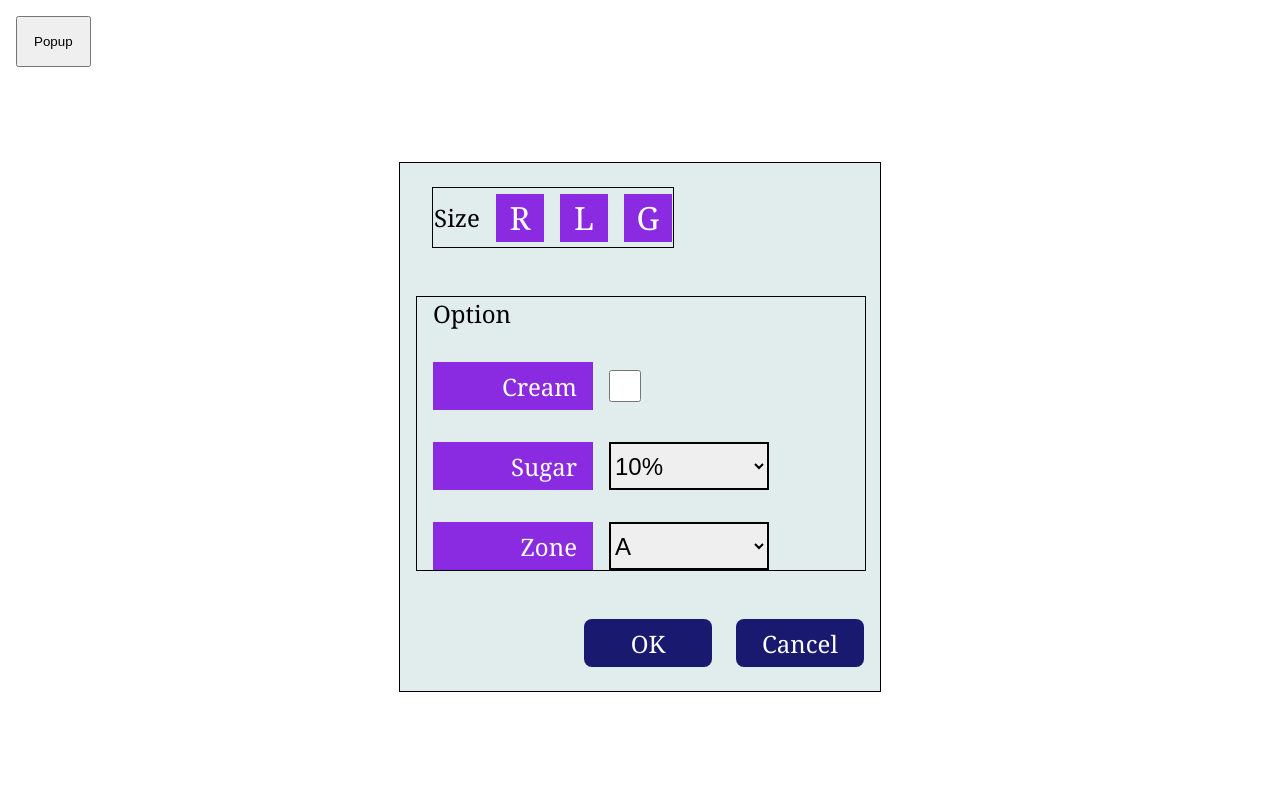
Repository: Dapravith/Midterm-SE-GIC-Cafe-Project-Group16
Page: src/main/resources/templates/PopupDrink.html
An editor plug-in stored every save of this project. The page is shown before and after the next save, followed by the edit.
The browser window is 1280 px wide. The pictures show the whole page.

Above is the page before, as saved 2023-05-12 14:46:46.

### src/main/resources/templates/PopupDrink.html
<!DOCTYPE html>
<html lang="en">
  <head>
    <meta charset="UTF-8" />
    <meta http-equiv="X-UA-Compatible" content="IE=edge" />
    <meta name="viewport" content="width=device-width, initial-scale=1.0" />
    <title>Popup Drink</title>
    <style>
      @import url("https://fonts.googleapis.com/css2?family=Rubik:wght@300&display=swap");
      * {
        margin: 0;
        padding: 0;
      }

      body {
        font-family: "Georgia", sans-serif;
      }

      button {
        padding: 1rem;
        margin: 1rem 0 0 1rem;
      }

      .main_wrapper {
        height: 100vh;
        display: flex;
        justify-content: center;
        align-items: center;
      }
      .main_wrapper .wrapper_box {
        width: 30rem;
        height: 33rem;
        border: 1px solid black;
        display: flex;
        justify-content: flex-start;
        flex-direction: column;
        background-color: rgb(225, 237, 237);
      }
      .main_wrapper .wrapper_box .size_box {
        width: 15rem;
        height: 8rem;
        margin-top: 1.5rem;
        display: flex;
        justify-content: center;
        align-items: center;
        gap: 1rem;
        border: 1px solid black;
        margin-left: 2rem;
      }
      .main_wrapper .wrapper_box .size_box .size_text {
        font-size: 1.5rem;
      }
      .main_wrapper .wrapper_box .size_box .box {
        width: 3rem;
        height: 3rem;
        background-color: blueviolet;
        display: flex;
        justify-content: center;
        align-items: center;
        font-size: 2rem;
        color: white;
      }
      .main_wrapper .wrapper_box .size_box .box:hover {
        background-color: orange;
      }
      .main_wrapper .wrapper_box .option_box {
        width: 28rem;
        font-size: 1.5rem;
        border: 1px solid black;
        margin-left: 1rem;
        margin-top: 3rem;
        display: flex;
        justify-content: center;
        flex-direction: column;
      }
      .main_wrapper .wrapper_box .option_box .option_text {
        font-size: 1.5rem;
        margin-left: 1rem;
      }
      .main_wrapper .wrapper_box .option_box .box_ {
        width: 10rem;
        height: 3rem;
        background-color: blueviolet;
        color: white;
        display: flex;
        justify-content: flex-end;
        align-items: center;
      }
      .main_wrapper .wrapper_box .option_box .box_ span {
        margin-right: 1rem;
      }
      .main_wrapper .wrapper_box .option_box .row1 {
        margin-left: 1rem;
        display: flex;
        gap: 1rem;
        margin-top: 2rem;
        align-items: center;
      }
      .main_wrapper .wrapper_box .option_box .row1 input {
        width: 2rem;
        height: 3rem;
        border: 2px solid black;
        display: flex;
        align-items: center;
      }
      .main_wrapper .wrapper_box .option_box .row2 {
        display: flex;
        gap: 1rem;
        margin-top: 2rem;
        align-items: center;
        margin-left: 1rem;
      }
      .main_wrapper .wrapper_box .option_box .row2 select {
        width: 10rem;
        height: 3rem;
        border: 2px solid black;
        display: flex;
        justify-content: center;
        align-items: center;
        font-size: 1.5rem;
      }
      .main_wrapper .wrapper_box .option_box .row3 {
        display: flex;
        gap: 1rem;
        margin-top: 2rem;
        align-items: center;
        margin-left: 1rem;
      }
      .main_wrapper .wrapper_box .option_box .row3 select {
        width: 10rem;
        height: 3rem;
        border: 2px solid black;
        display: flex;
        justify-content: center;
        align-items: center;
        font-size: 1.5rem;
      }
      .main_wrapper .wrapper_box .button {
        display: flex;
        justify-content: flex-end;
        gap: 1.5rem;
        margin-top: 3rem;
        margin-right: 1rem;
        margin-bottom: 1.5rem;
      }
      .main_wrapper .wrapper_box .button .ok_button {
        width: 8rem;
        height: 3rem;
        font-size: 1.5rem;
        color: white;
        background-color: rgb(25, 25, 112);
        display: flex;
        justify-content: center;
        align-items: center;
        border-radius: 8px;
        transition: 1s;
      }
      .main_wrapper .wrapper_box .button .ok_button:hover {
        transform: scale(1.1);
        color: yellow;
      }
      .main_wrapper .wrapper_box .button .cancel_button {
        width: 8rem;
        height: 3rem;
        font-size: 1.5rem;
        color: white;
        background-color: rgb(25, 25, 112);
        display: flex;
        justify-content: center;
        align-items: center;
        border-radius: 8px;
        transition: 1s;
      }
      .main_wrapper .wrapper_box .button .cancel_button:hover {
        transform: scale(1.1);
        color: yellow;
      }
    </style>
  </head>
  <body>
    <button>Popup</button>
    <div class="main_wrapper">
      <div class="wrapper_box">
        <div class="size_box">
          <div class="size_text">
            <span>Size</span>
          </div>
          <div class="box R">
            <span>R</span>
          </div>
          <div class="box L">
            <span>L</span>
          </div>
          <div class="box G">
            <span>G</span>
          </div>
        </div>
        <div class="option_box">
          <div class="option_text">
            <span>Option</span>
          </div>
          <div class="row1">
            <div class="box_ cream">
              <span>Cream</span>
            </div>
            <div class="box_tick">
              <input type="checkbox" />
            </div>
          </div>
          <div class="row2">
            <div class="box_ sugar">
              <span>Sugar</span>
            </div>
            <!-- <label for="sugar"></label> -->
            <select name="sugar" id="">
              <option value="">10%</option>
              <option value="">20%</option>
              <option value="">30%</option>
              <option value="">40%</option>
              <option value="">50%</option>
              <option value="">60%</option>
              <option value="">70%</option>
              <option value="">80%</option>
              <option value="">90%</option>
              <option value="">100%</option>
            </select>
          </div>
          <div class="row3">
            <div class="box_ zone">
              <span>Zone</span>
            </div>
            <!-- <label for="">Zone</label> -->
            <select name="Zone" id="">
              <option value="">A</option>
              <option value="">B</option>
              <option value="">C</option>
              <option value="">D</option>
              <option value="">E</option>
              <option value="">F</option>
            </select>
          </div>
        </div>
        <div class="button">
          <div class="ok_button">
            <span>OK</span>
          </div>
          <div class="cancel_button">
            <span>Cancel</span>
          </div>
        </div>
      </div>
    </div>
  </body>
</html>

After the next save:
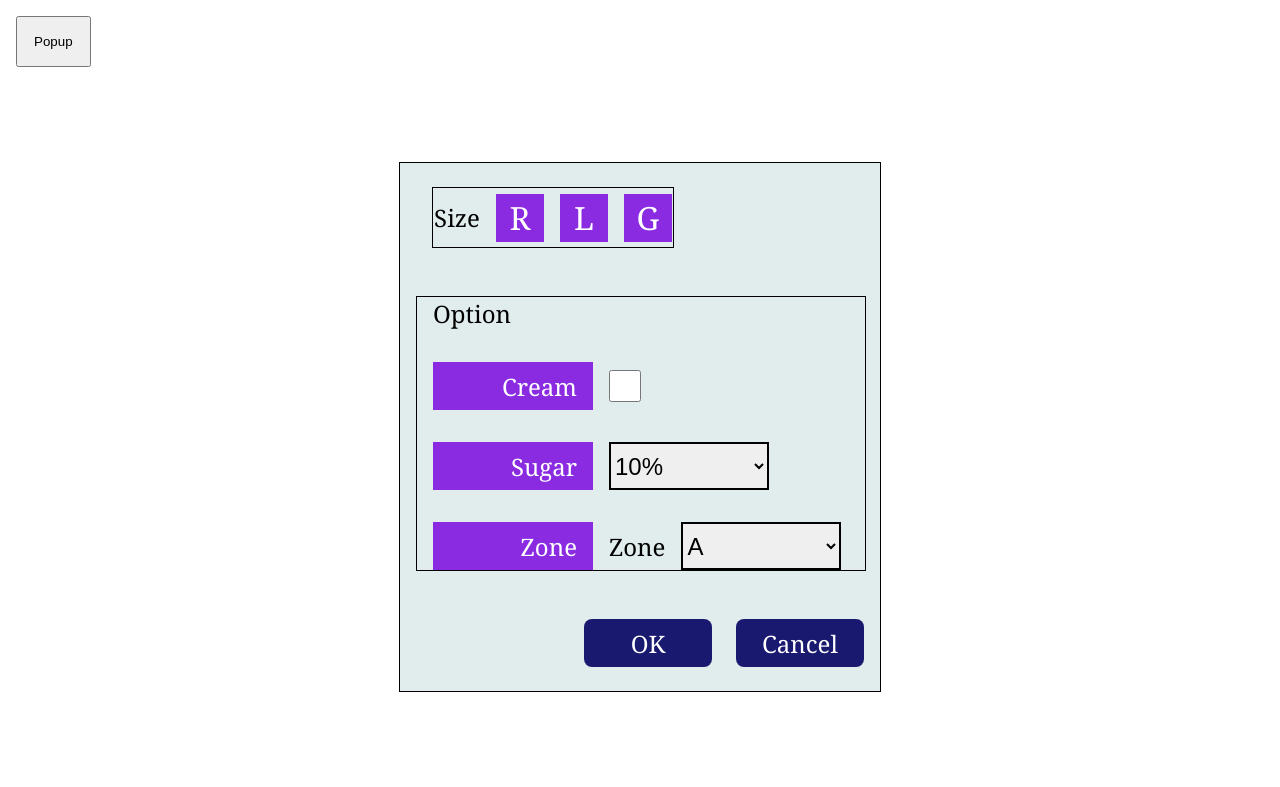
Saved 85 s later.
--- a/src/main/resources/templates/PopupDrink.html
+++ b/src/main/resources/templates/PopupDrink.html
@@ -229,7 +229,7 @@
             <div class="box_ zone">
               <span>Zone</span>
             </div>
-            <!-- <label for="">Zone</label> -->
+            <label for="">Zone</label>
             <select name="Zone" id="">
               <option value="">A</option>
               <option value="">B</option>
